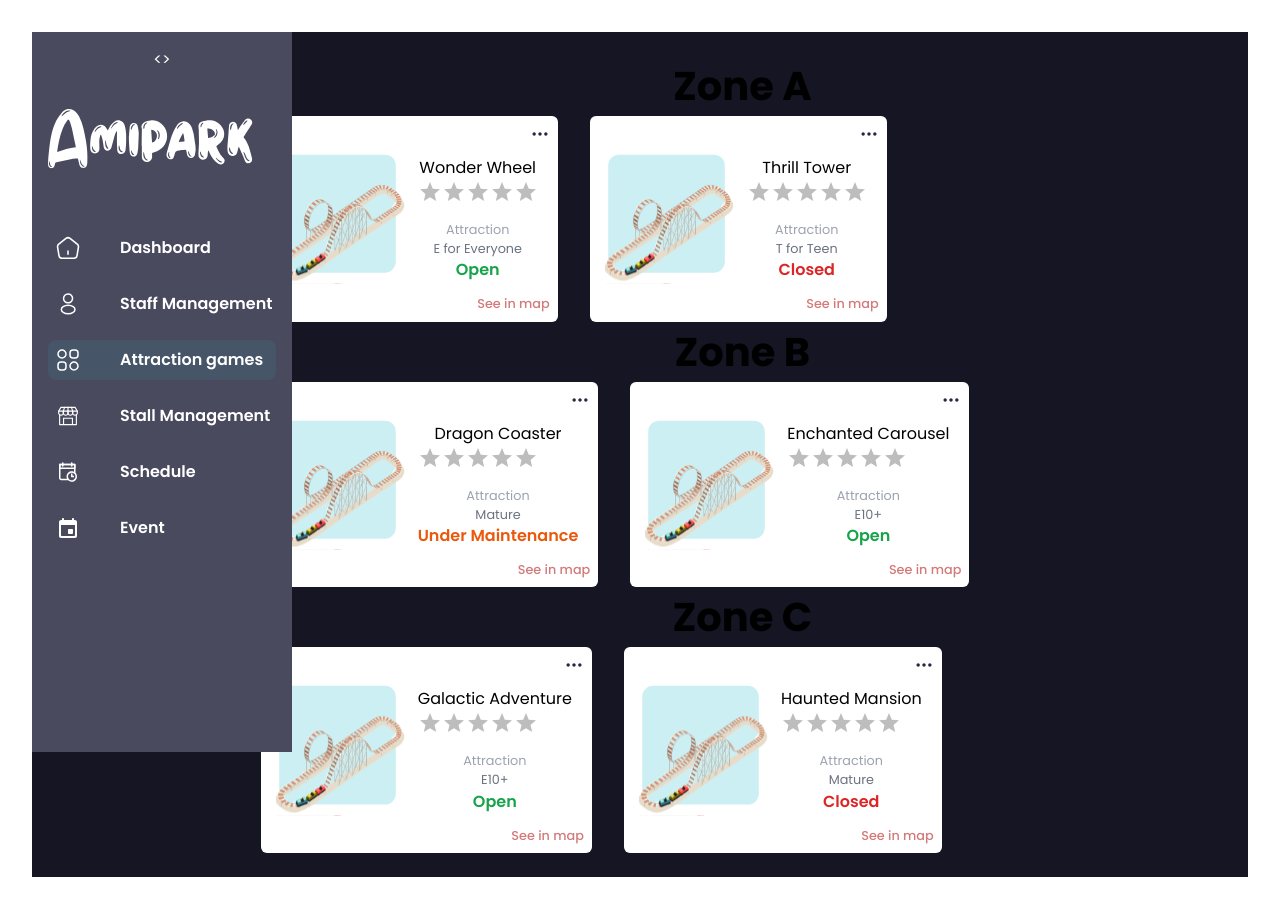
Repository: ImedBousakhria/BDD_AmusementPark_Management-Info
Page: /Attraction (app in client/)
The author's editor kept a copy of each file at every save. The page is drawn from the files as they stood at one save, then again after the next save.
The browser window is 1280 px wide. The pictures show the whole page.
The project was rebuilt for these pictures with package versions that can differ from the ones it lists, and the page was loaded fresh each time. Also part of the build but not shown: client/vite.config.js, client/src/SignIn.jsx, client/src/Signup.jsx, client/src/LandingPage.jsx, client/src/components/Selector.jsx, client/src/Schedule.jsx, client/src/components/charts/AttendanceBars.jsx, client/src/components/charts/AttractionBars.jsx and 9 more.

Above is the page before, as saved 2024-01-10 14:37:30.

After the next save:
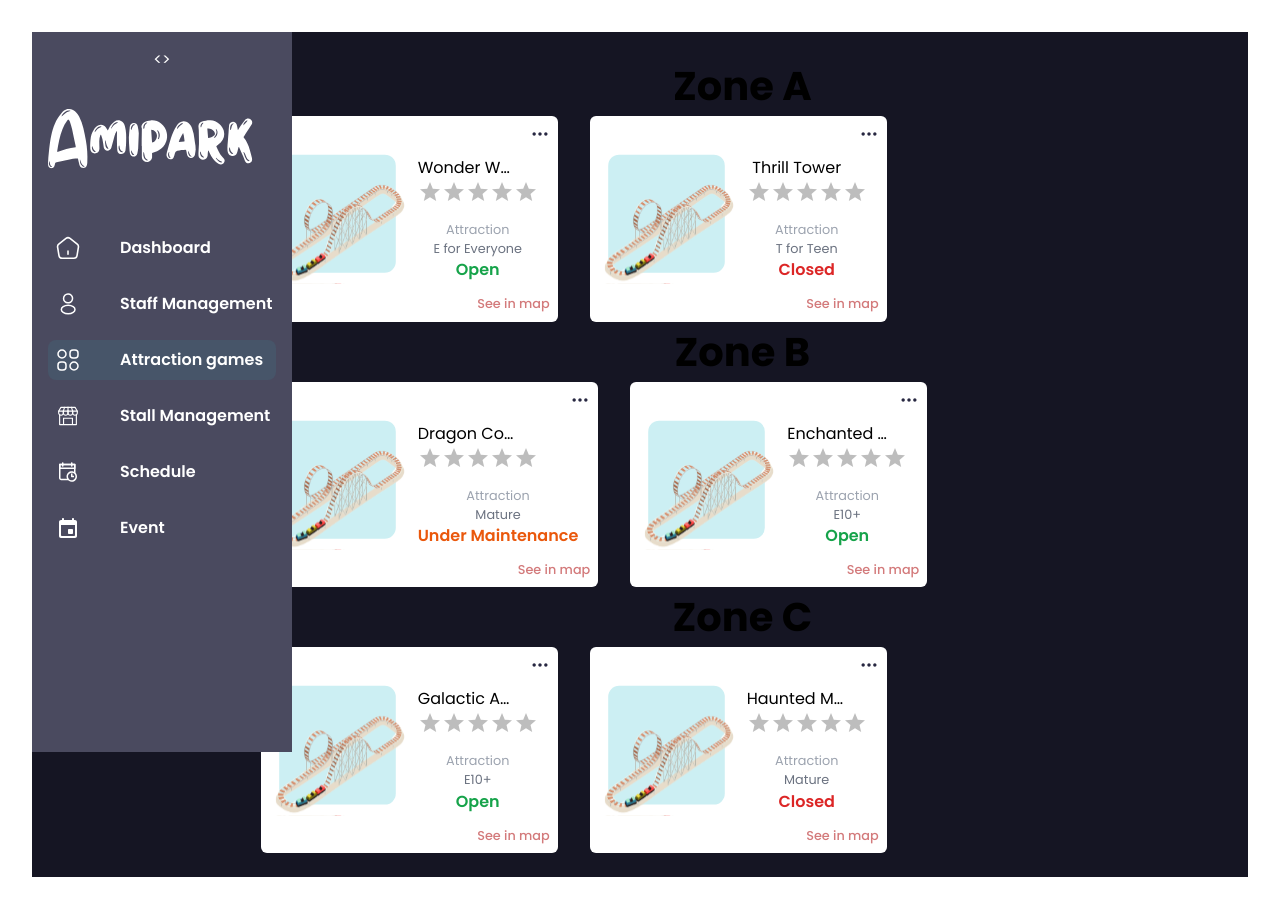
Saved 4 s later.
--- a/client/src/components/GameCard.jsx
+++ b/client/src/components/GameCard.jsx
@@ -50,7 +50,7 @@
 
   return (
     <div className="flex flex-col p-3">
-      <h3 className="overflow-hidden truncate">{title}</h3>
+      <h3 className="overflow-hidden max-w-[100px] truncate">{title}</h3>
       <Rating
         name="simple-controlled"
         value={value}

After the 4 saves that followed:
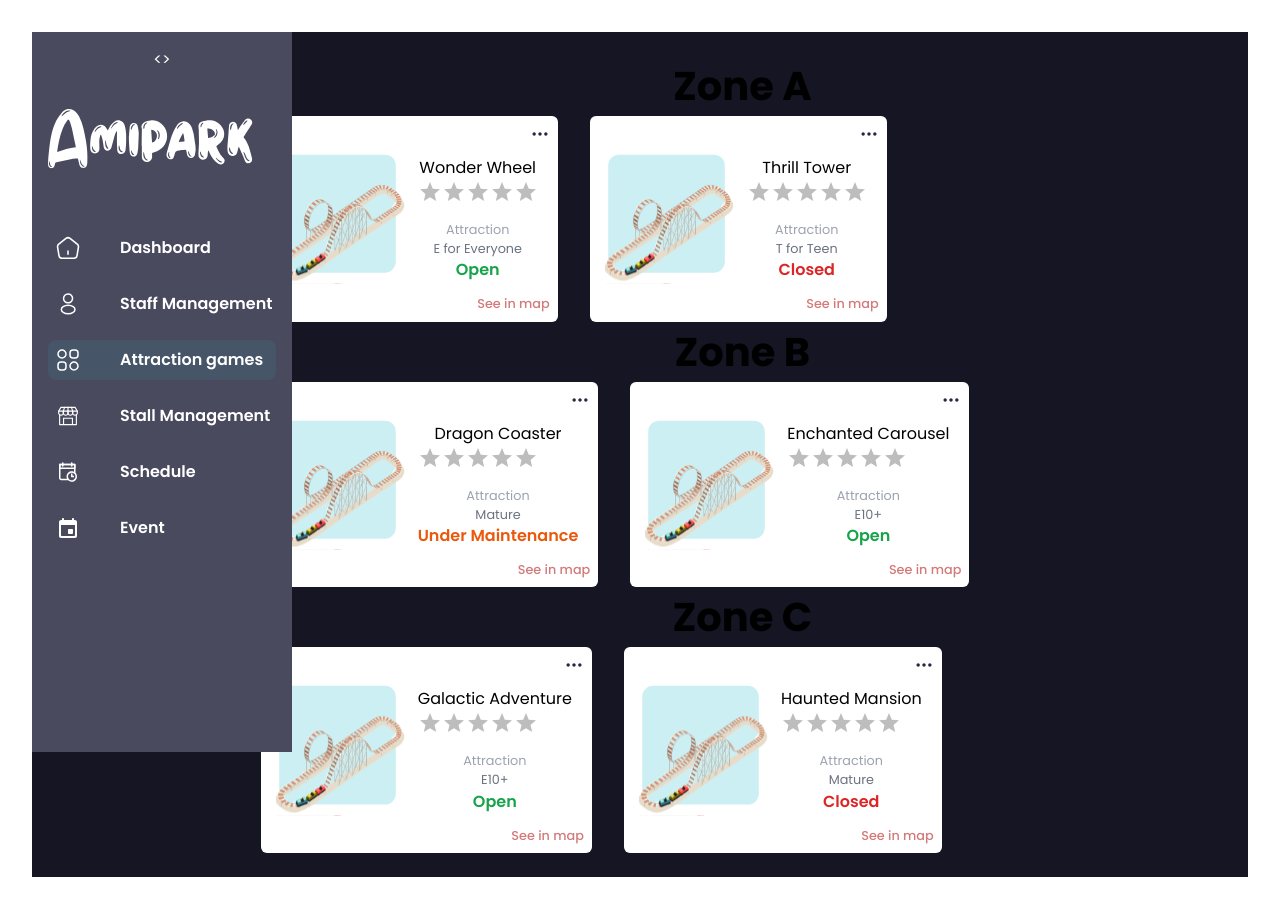
The 4 saves are shown as one change because 1 left the picture as it was and some came seconds apart.
The last was saved 16 s later.
--- a/client/src/components/GameCard.jsx
+++ b/client/src/components/GameCard.jsx
@@ -50,7 +50,7 @@
 
   return (
     <div className="flex flex-col p-3">
-      <h3 className="overflow-hidden max-w-[100px] truncate">{title}</h3>
+      <h3 className=""/* "overflow-hidden max-w-[100px] truncate" */>{title}</h3>
       <Rating
         name="simple-controlled"
         value={value}
